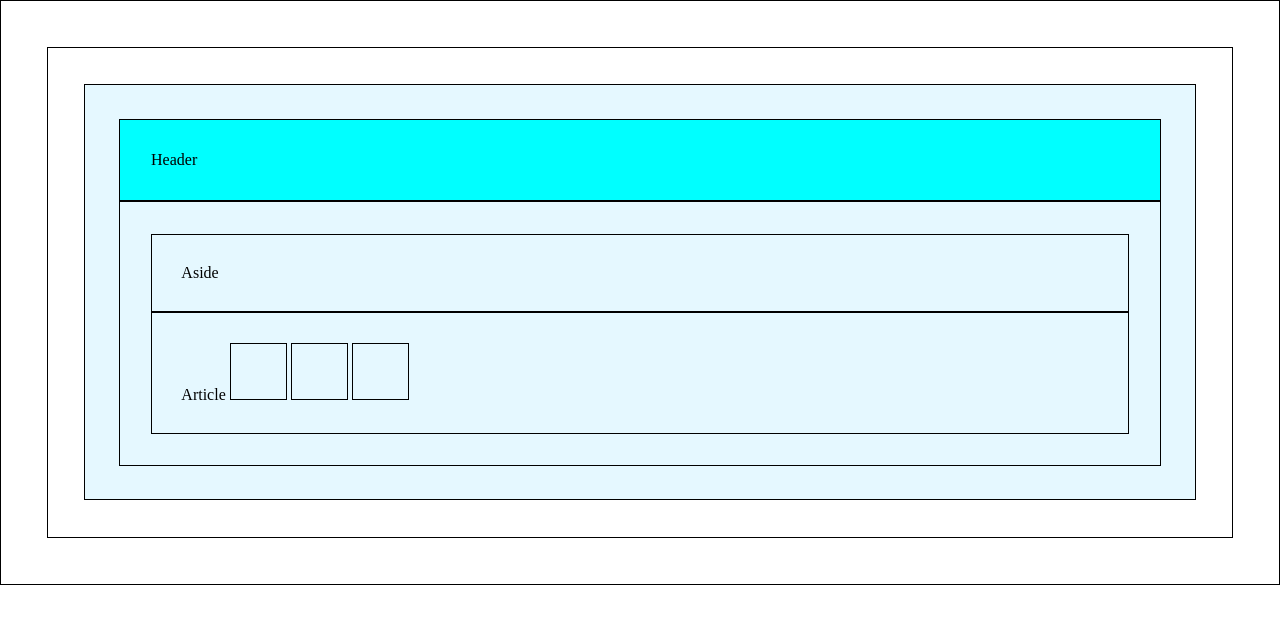
Repository: punitbathija/Placement-Assitance-iNeuron
Page: layout.html
These files come from the project's save history. The page is drawn as it stood at one moment and after the next save; the edit follows.
The browser window is 1280 px wide. The pictures show the whole page.

Above is the page before, as saved 2023-05-23 12:38:54.

After the next save:
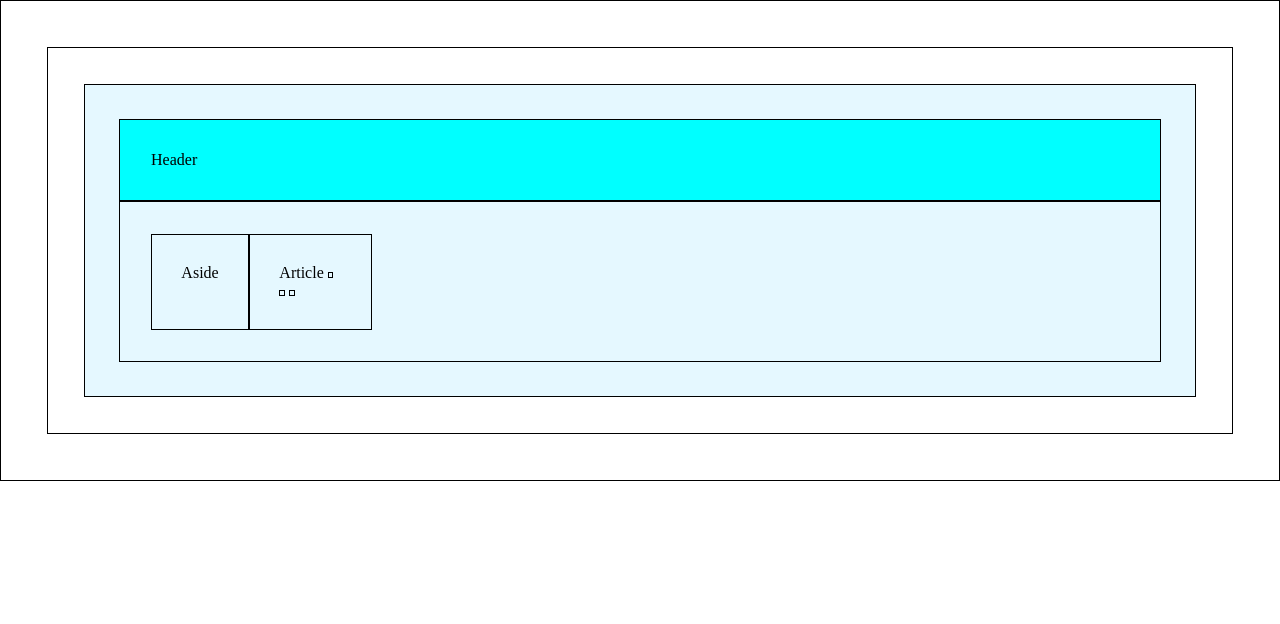
Saved 30 s later.
--- a/layout.css
+++ b/layout.css
@@ -12,3 +12,7 @@
 .cyan{
     background-color: cyan  ;
 }
+
+.blue{
+    display: flex;
+}
